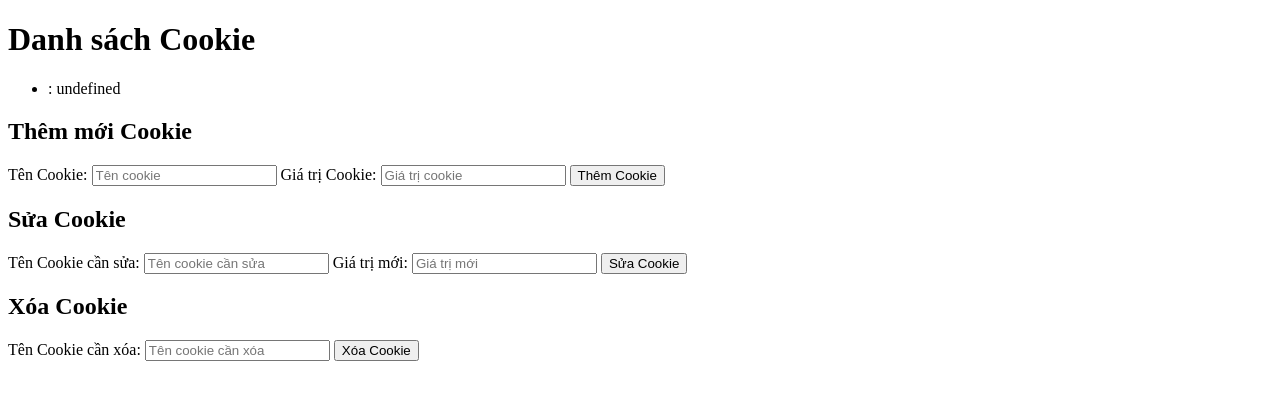
Repository: 3KAER/lab03_phan2
Page: lab04/phan1_bai2/index.html
These files come from the project's save history. The page is drawn as it stood at one moment and after the next save; the edit follows.
The browser window is 1280 px wide. The pictures show the whole page.

Above is the page before, as saved 2024-04-22 02:17:50.

After the next save:
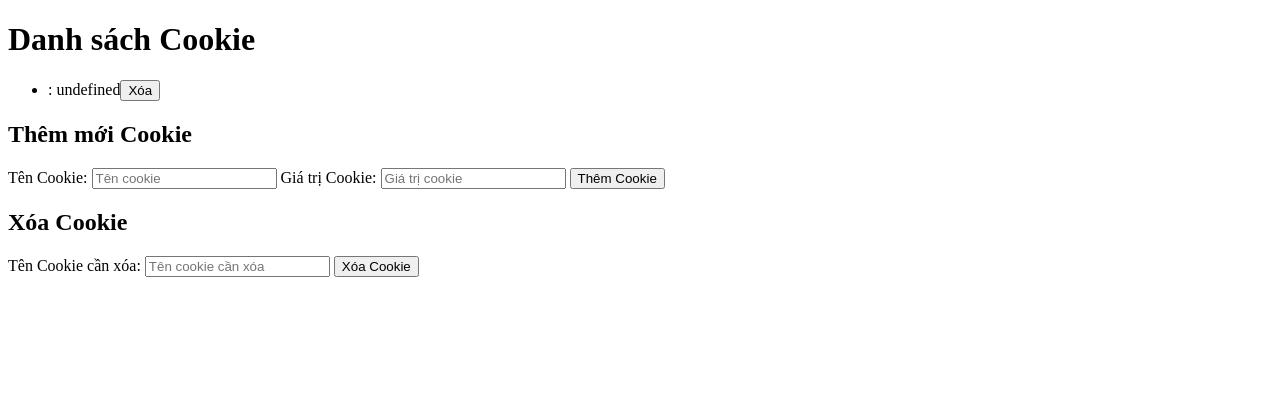
Saved 101 s later.
--- a/lab04/phan1_bai2/index.html
+++ b/lab04/phan1_bai2/index.html
@@ -16,13 +16,6 @@
     <input type="text" id="cookie-value" placeholder="Giá trị cookie">
     <button onclick="addCookie()">Thêm Cookie</button>
 
-    <h2>Sửa Cookie</h2>
-    <label for="edit-cookie-name">Tên Cookie cần sửa:</label>
-    <input type="text" id="edit-cookie-name" placeholder="Tên cookie cần sửa">
-    <label for="edit-cookie-value">Giá trị mới:</label>
-    <input type="text" id="edit-cookie-value" placeholder="Giá trị mới">
-    <button onclick="editCookie()">Sửa Cookie</button>
-
     <h2>Xóa Cookie</h2>
     <label for="delete-cookie-name">Tên Cookie cần xóa:</label>
     <input type="text" id="delete-cookie-name" placeholder="Tên cookie cần xóa">
@@ -36,16 +29,8 @@
             displayCookies();
         }
 
-        function editCookie() {
-            var name = document.getElementById("edit-cookie-name").value;
-            var value = document.getElementById("edit-cookie-value").value;
-            document.cookie = name + "=" + value;
-            displayCookies();
-        }
-
-        function deleteCookie() {
-            var name = document.getElementById("delete-cookie-name").value;
-            document.cookie = name + "=; expires=Thu, 01 Jan 1970 00:00:00 UTC; path=/;";
+        function deleteCookie(cookieName) {
+            document.cookie = cookieName + "=; expires=Thu, 01 Jan 1970 00:00:00 UTC; path=/;";
             displayCookies();
         }
 
@@ -59,6 +44,12 @@
                 var value = parts[1];
                 var listItem = document.createElement("li");
                 listItem.textContent = name + ": " + value;
+                var deleteButton = document.createElement("button");
+                deleteButton.textContent = "Xóa";
+                deleteButton.onclick = function() {
+                    deleteCookie(name);
+                };
+                listItem.appendChild(deleteButton);
                 cookieList.appendChild(listItem);
             });
         }
